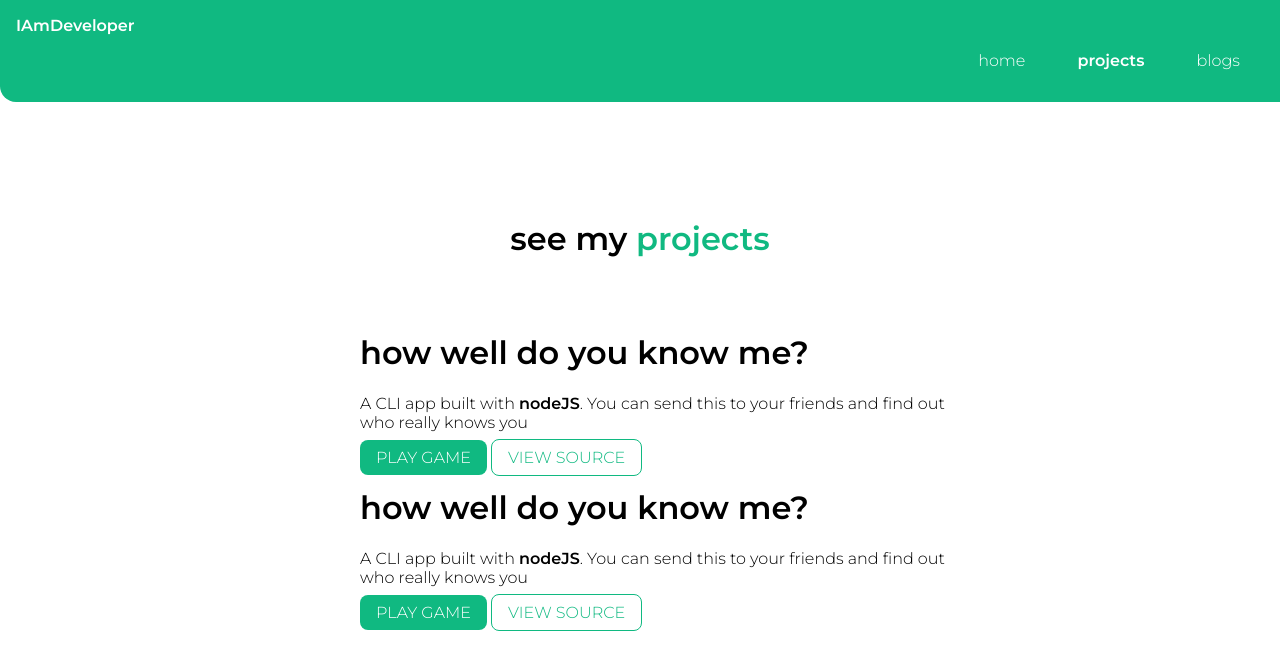
Repository: sohan2503001/Portfolio
Page: projects.html
An editor plug-in stored every save of this project. The page is shown before and after a run of saves, followed by the edit.
The browser window is 1280 px wide. The pictures show the whole page.

Above is the page before, as saved 2021-03-28 02:39:06.

After the next 2 saves:
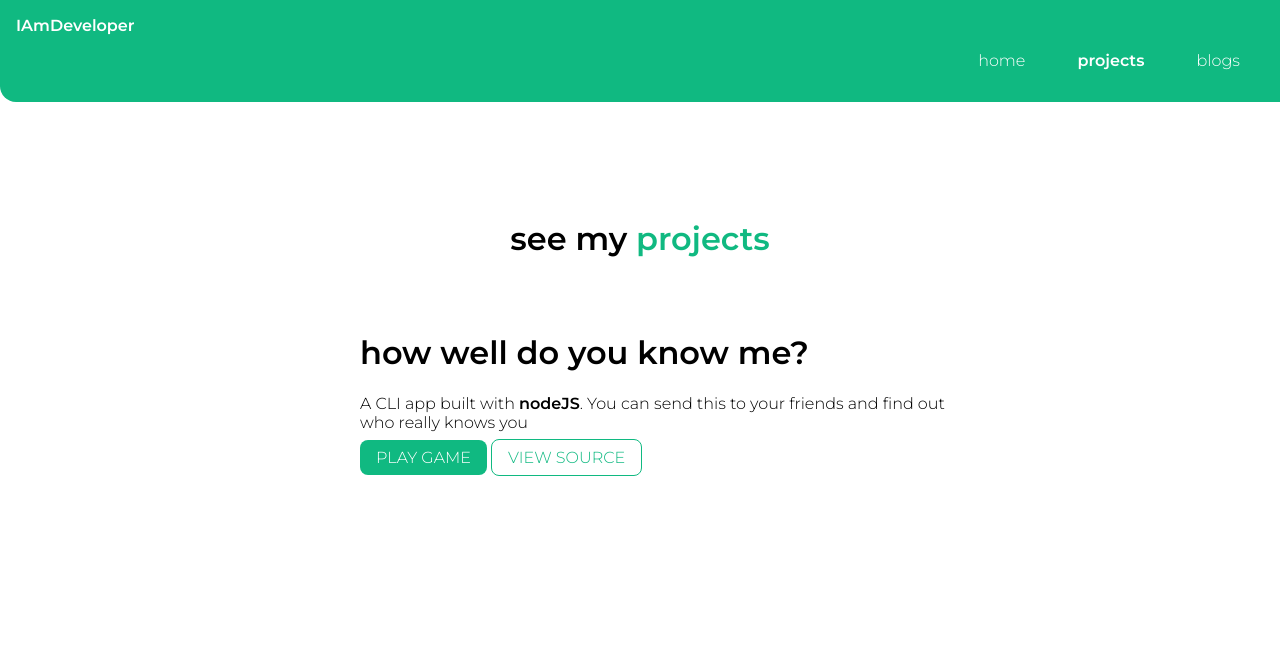
The 2 saves are shown as one change because they came seconds apart.
The last was saved 53 s later.
--- a/projects.html
+++ b/projects.html
@@ -29,18 +29,6 @@
     </header>
 
     <ol class="list list-non-bullet">
-      <div class="container container-center">
-        <li>
-          <h1>how well do you know me?</h1>
-          <p>
-            A CLI app built with <strong>nodeJS</strong>. You can send this to
-            your friends and find out who really knows you
-          </p>
-
-          <a class="link link-primary" href="">PLAY GAME</a>
-          <a class="link link-secondary" href="">VIEW SOURCE</a>
-        </li>
-        </div>
 
         <div class="container container-center">
         <li>
